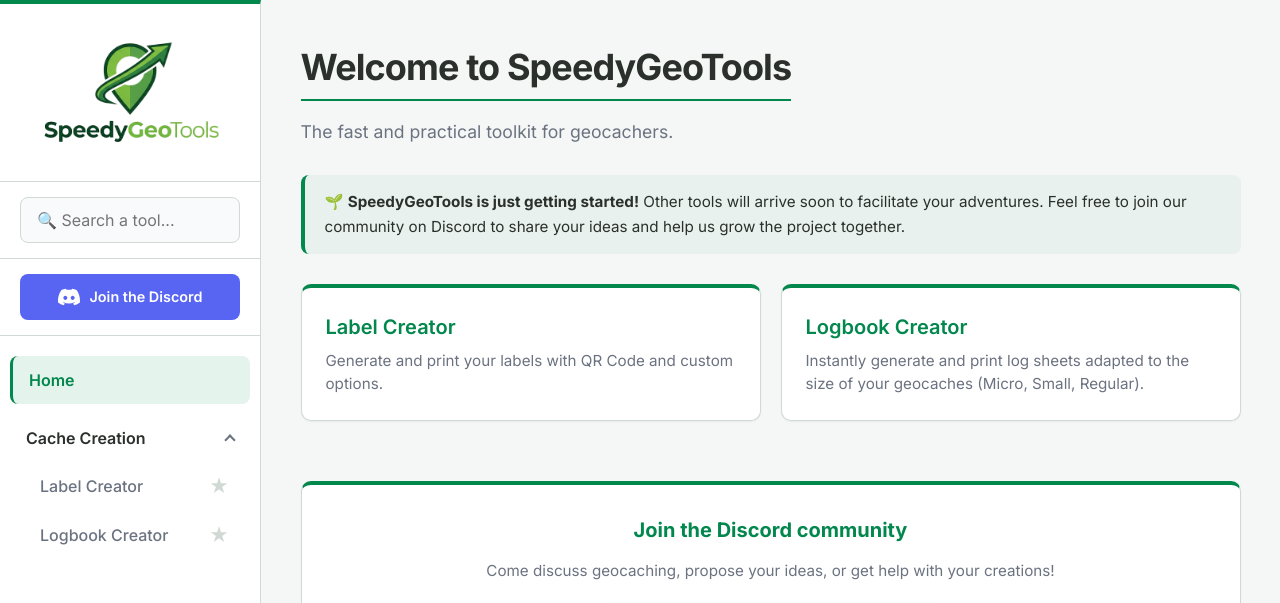
Repository: rodafux/SpeedyGeoTools
Page: index.html
An editor plug-in stored every save of this project. The page is shown before and after the next save, followed by the edit.
The browser window is 1280 px wide. The pictures show the part of the page from y = 0 to 603 px (the page is 1323 px tall before and 1368 px after).
Pictures or frames that could not be fetched are drawn as grey boxes.

Above is the page before, as saved 2026-04-11 17:52:58.

### index.html
<!DOCTYPE html>
<html lang="en">
<head>
    <meta charset="UTF-8">
    <meta name="viewport" content="width=device-width, initial-scale=1.0">
    <meta property="og:title" content="SpeedyGeoTools - Home">
    <meta property="og:description" content="The fast and practical toolkit for geocachers. Instantly generate custom labels and logbooks.">
    <meta property="og:image" content="https://speedygeotools.com/logo.png">
    <meta property="og:url" content="https://speedygeotools.com/">
    <meta property="og:type" content="website">
    <title>SpeedyGeoTools - Home</title>
    <meta name="description" content="The fast and practical toolkit for geocachers. Instantly generate custom labels and logbooks.">
    <link rel="icon" type="image/png" href="favicon.png">
    <link rel="alternate" hreflang="en" href="https://speedygeotools.com/" />
    <link rel="alternate" hreflang="fr" href="https://speedygeotools.com/fr/" />
    <link rel="alternate" hreflang="x-default" href="https://speedygeotools.com/" />
    <link rel="preconnect" href="https://fonts.googleapis.com">
    <link rel="preconnect" href="https://fonts.gstatic.com" crossorigin>
    <link href="https://fonts.googleapis.com/css2?family=Inter:wght@400;500;600;700&display=swap" rel="stylesheet">
    <link rel="stylesheet" href="css/style.css">
    <link rel="canonical" href="https://speedygeotools.com/" />
    <script>
        (function() {
            var supportedLangs = ['fr'];
            var userLang = (navigator.language || navigator.userLanguage).substring(0, 2).toLowerCase();
            if (!sessionStorage.getItem('lang_redirect') && supportedLangs.indexOf(userLang) !== -1) {
                sessionStorage.setItem('lang_redirect', 'true');
                window.location.replace(userLang + '/index.html');
            }
        })();
    </script>
</head>
<body>
    <div class="app-sidebar no-print">
        <div class="sidebar-header">
            <a href="index.html" class="sidebar-brand">
                <img src="logo.png" alt="SpeedyGeoTools" class="brand-logo">
            </a>
            <button class="mobile-menu-toggle" onclick="toggleMobileMenu()">☰</button>
        </div>
        <div class="sidebar-content" id="sidebarContent">
            <div class="search-container">
                <input type="text" id="toolSearch" placeholder="🔍 Search a tool..." onkeyup="filterTools()">
            </div>
            <div class="sidebar-discord">
                <a href="https://discord.gg/7D9yHJCKaA" target="_blank">
                    <svg viewBox="0 0 127.14 96.36" width="22" height="22" fill="currentColor"><path d="M107.7,8.07A105.15,105.15,0,0,0,81.47,0a72.06,72.06,0,0,0-3.36,6.83A97.68,97.68,0,0,0,49,6.83,72.37,72.37,0,0,0,45.64,0,105.89,105.89,0,0,0,19.39,8.09C2.79,32.65-1.71,56.6.54,80.21h0A105.73,105.73,0,0,0,32.71,96.36,77.7,77.7,0,0,0,39.6,85.25a68.42,68.42,0,0,1-10.85-5.18c.91-.66,1.8-1.34,2.66-2a75.57,75.57,0,0,0,64.32,0c.87.71,1.76,1.39,2.66,2a68.68,68.68,0,0,1-10.87,5.19,77,77,0,0,0,6.89,11.1A105.25,105.25,0,0,0,126.6,80.22h0C129.24,52.84,122.09,29.11,107.7,8.07ZM42.45,65.69C36.18,65.69,31,60,31,53s5-12.74,11.43-12.74S54,46,53.89,53,48.84,65.69,42.45,65.69Zm42.24,0C78.41,65.69,73.31,60,73.31,53s5-12.74,11.43-12.74S96.33,46,96.22,53,91.08,65.69,84.69,65.69Z"/></svg>
                    <span>Join the Discord</span>
                </a>
            </div>
            <div class="sidebar-nav">
                <a href="index.html" class="active">Home</a>
                <details open>
                    <summary>Cache Creation</summary>
                    <a href="labels.html">Label Creator</a>
                    <a href="logbook.html">Logbook Creator</a>
                </details>
            </div>
        </div>
    </div>
    <main class="app-content">
        <div class="container">
            <h1>Welcome to SpeedyGeoTools</h1>
            <p class="subtitle">The fast and practical toolkit for geocachers.</p>
            <div class="welcome-message">
                <p>🌱 <strong>SpeedyGeoTools is just getting started!</strong> Other tools will arrive soon to facilitate your adventures. Feel free to join our community on Discord to share your ideas and help us grow the project together.</p>
            </div>
            <div class="home-grid">
                <a href="labels.html" style="text-decoration: none; color: inherit;">
                    <div class="tool-card">
                        <h2>Label Creator</h2>
                        <p>Generate and print your labels with QR Code and custom options.</p>
                    </div>
                </a>
                <a href="logbook.html" style="text-decoration: none; color: inherit;">
                    <div class="tool-card">
                        <h2>Logbook Creator</h2>
                        <p>Instantly generate and print log sheets adapted to the size of your geocaches (Micro, Small, Regular).</p>
                    </div>
                </a>
            </div>
            <div class="widget-container">
                <h2>Join the Discord community</h2>
                <p>Come discuss geocaching, propose your ideas, or get help with your creations!</p>
                <div class="iframe-wrapper">
                    <iframe src="https://discord.com/widget?id=1491451481055039500&theme=dark" width="350" height="500" allowtransparency="true" frameborder="0" sandbox="allow-popups allow-popups-to-escape-sandbox allow-same-origin allow-scripts"></iframe>
                </div>
            </div>
        </div>
        <footer class="site-footer no-print">
            <p>Find SpeedyGeoTools useful? <a href="https://paypal.me/JulienPorcher" target="_blank" rel="noopener noreferrer">Make a donation via PayPal</a> ❤️</p>
            <p class="disclaimer">
                SpeedyGeoTools is a third-party tool created by a player. The Geocaching logo is a registered trademark of Groundspeak, Inc. used with permission. This site is not affiliated with, endorsed by, or sponsored by Groundspeak, Inc.<br>
                <a href="legal.html">Legal Notice & Privacy Policy</a>
            </p>
        </footer>
    </main>
    <script src="js/main.js"></script>
</body>
</html>

### css/style.css
:root {
    --primary-color: #02874D;
    --primary-hover: #01683B;
    --secondary-color: #F26522;
    --secondary-hover: #D9561C;
    --bg-body: #f4f7f5;
    --bg-surface: #ffffff;
    --text-main: #2b302c;
    --text-muted: #6b7280;
    --border-color: #d1d9d4;
    --shadow-sm: 0 1px 2px 0 rgba(0, 0, 0, 0.05);
    --shadow-md: 0 4px 6px -1px rgba(0, 0, 0, 0.1), 0 2px 4px -1px rgba(0, 0, 0, 0.06);
    --radius: 10px;
}
body {
    font-family: 'Inter', system-ui, -apple-system, sans-serif;
    margin: 0; padding: 0; background-color: var(--bg-body); color: var(--text-main);
    line-height: 1.5; display: flex; min-height: 100vh;
}
.app-sidebar {
    width: 260px; background-color: var(--bg-surface); border-right: 1px solid var(--border-color);
    display: flex; flex-direction: column; position: sticky; top: 0; height: 100vh; z-index: 1000;
    border-top: 4px solid var(--primary-color);
}
.sidebar-header {
    display: flex; justify-content: space-between; align-items: center; border-bottom: 1px solid var(--border-color);
    width: 100%; box-sizing: border-box; background-color: var(--bg-surface); z-index: 1001;
}
.sidebar-brand {
    padding: 24px 20px; display: flex; align-items: center; justify-content: center;
    text-decoration: none; overflow: hidden; width: 100%; box-sizing: border-box;
}
.brand-logo {
    width: 100%; max-width: 200px; height: auto; object-fit: contain; transform: scale(1.4); margin: 10px 0;
}
.mobile-menu-toggle {
    display: none; background: transparent !important; border: none; font-size: 2rem; cursor: pointer;
    color: var(--text-main); padding: 5px 20px; box-shadow: none !important; width: auto; margin: 0; flex-shrink: 0;
}
.sidebar-content {
    display: flex; flex-direction: column; flex: 1; overflow-y: auto;
}
.search-container {
    padding: 15px 20px; border-bottom: 1px solid var(--border-color);
}
.search-container input {
    width: 100%; padding: 10px 15px; font-size: 0.95rem; font-family: inherit; color: var(--text-main);
    background-color: var(--bg-body); border: 1px solid var(--border-color); border-radius: 20px; box-sizing: border-box; transition: all 0.2s;
}
.search-container input:focus {
    outline: none; border-color: var(--primary-color); background-color: #fff; box-shadow: 0 0 0 3px rgba(2, 135, 77, 0.15);
}
.translation-widget { padding: 15px 20px; border-bottom: 1px solid var(--border-color); }
.goog-te-gadget { color: transparent !important; font-size: 0px; }
.goog-logo-link { display: none !important; }
.goog-te-combo {
    width: 100%; padding: 10px; font-size: 0.9rem; font-family: 'Inter', sans-serif;
    color: var(--text-main); background-color: #f9fafb; border: 1px solid var(--border-color);
    border-radius: 8px; outline: none; cursor: pointer; box-sizing: border-box;
}
.goog-te-combo:focus { border-color: var(--primary-color); box-shadow: 0 0 0 3px rgba(2, 135, 77, 0.15); }
.sidebar-discord { padding: 15px 20px; border-bottom: 1px solid var(--border-color); }
.sidebar-discord a {
    display: flex; align-items: center; justify-content: center; gap: 10px;
    background-color: #5865F2; color: white !important; text-decoration: none !important;
    padding: 12px 15px; border-radius: 8px; font-weight: 600; font-size: 0.9rem;
    transition: background-color 0.2s, transform 0.1s;
}
.sidebar-discord a:hover { background-color: #4752C4; }
.skiptranslate iframe, .goog-te-banner-frame { display: none !important; }
body { top: 0px !important; position: static !important; }
#goog-gt-tt, .goog-te-balloon-frame, div[id^="goog-gt-"] { display: none !important; }
.goog-text-highlight { background-color: transparent !important; box-shadow: none !important; }
.sidebar-nav { padding: 20px 10px; display: flex; flex-direction: column; gap: 5px; }
.sidebar-nav details { margin-bottom: 5px; }
.sidebar-nav summary {
    cursor: pointer; padding: 12px 16px; color: var(--text-main); font-weight: 600;
    list-style: none; outline: none; border-radius: 8px; transition: background 0.2s; position: relative;
}
.sidebar-nav summary::-webkit-details-marker { display: none; }
.sidebar-nav summary:hover { background-color: var(--bg-body); }
.sidebar-nav summary::after {
    content: ""; position: absolute; right: 16px; top: calc(50% - 2px); width: 6px; height: 6px;
    border-right: 2px solid var(--text-muted); border-bottom: 2px solid var(--text-muted);
    transform: translateY(-50%) rotate(45deg); transition: transform 0.2s ease-in-out;
}
.sidebar-nav details[open] summary::after { transform: translateY(-50%) rotate(-135deg); top: calc(50% + 2px); }
.sidebar-nav > a {
    padding: 12px 16px; color: var(--text-main); font-weight: 600; text-decoration: none;
    border-radius: 8px; transition: all 0.2s; display: block; margin-bottom: 5px;
}
.sidebar-nav > a:hover { background-color: var(--bg-body); }
.sidebar-nav > a.active { background-color: rgba(2, 135, 77, 0.1); color: var(--primary-color); border-left: 3px solid var(--primary-color); }
.sidebar-nav details a {
    padding: 10px 16px 10px 30px; color: var(--text-muted); text-decoration: none;
    font-weight: 500; border-radius: 8px; transition: all 0.2s; display: flex; justify-content: space-between; align-items: center;
}
.sidebar-nav details a:hover { background-color: var(--bg-body); color: var(--text-main); }
.sidebar-nav details a.active { background-color: rgba(2, 135, 77, 0.1); color: var(--primary-color); font-weight: 600; border-left: 3px solid var(--primary-color); }
.star-btn { color: #d1d9d4; font-size: 1.2rem; cursor: pointer; transition: color 0.2s, transform 0.2s; padding: 0 5px; }
.star-btn:hover { color: var(--primary-color); transform: scale(1.2); }
.star-btn.active { color: var(--primary-color); }
.app-content { flex: 1; display: flex; flex-direction: column; min-width: 0; min-height: 100vh; }
.container { padding: 40px 30px; max-width: 1000px; margin: 0 auto; flex: 1; width: 100%; box-sizing: border-box; }
h1 { font-size: 2.25rem; font-weight: 700; color: var(--text-main); margin-top: 0; margin-bottom: 8px; letter-spacing: -0.025em; border-bottom: 2px solid var(--primary-color); display: inline-block; padding-bottom: 5px; }
p.subtitle { font-size: 1.1rem; color: var(--text-muted); margin-bottom: 30px; margin-top: 10px; }
.welcome-message {
    background-color: rgba(2, 135, 77, 0.05); border-left: 4px solid var(--primary-color);
    padding: 15px 20px; border-radius: 8px; margin-bottom: 30px; font-size: 0.95rem; color: var(--text-main); line-height: 1.6;
}
.welcome-message p { margin: 0; }
.home-grid { display: flex; gap: 20px; align-items: stretch; flex-wrap: wrap; }
.home-grid > a { flex: 1; min-width: 280px; display: flex; }
.tool-card {
    background-color: var(--bg-surface); border: 1px solid var(--border-color); border-radius: var(--radius);
    padding: 24px; cursor: pointer; transition: all 0.3s ease; box-shadow: var(--shadow-sm);
    margin-bottom: 20px; position: relative; overflow: hidden; width: 100%; box-sizing: border-box; border-top: 4px solid var(--primary-color);
}
.tool-card::before {
    content: ""; position: absolute; top: 0; left: 0; width: 4px; height: 100%;
    background-color: var(--secondary-color); transform: scaleY(0); transition: transform 0.3s ease; transform-origin: bottom;
}
.tool-card:hover { box-shadow: var(--shadow-md); transform: translateY(-2px); border-color: transparent; }
.tool-card:hover::before { transform: scaleY(1); }
.tool-card h2 { margin-top: 0; color: var(--primary-color); font-size: 1.25rem; font-weight: 600; margin-bottom: 8px; }
.tool-card p { margin: 0; color: var(--text-muted); font-size: 0.95rem; }
.widget-container {
    margin-top: 40px; background-color: var(--bg-surface); border: 1px solid var(--border-color);
    border-radius: var(--radius); padding: 30px 24px; text-align: center; box-shadow: var(--shadow-sm); border-top: 4px solid var(--primary-color);
}
.widget-container h2 { color: var(--primary-color); font-size: 1.25rem; margin-top: 0; margin-bottom: 8px; }
.widget-container p { color: var(--text-muted); margin-bottom: 20px; font-size: 0.95rem; }
.iframe-wrapper { display: flex; justify-content: center; }
.iframe-wrapper iframe { max-width: 100%; border-radius: 8px; box-shadow: var(--shadow-md); }
.main-layout { display: flex; gap: 30px; align-items: flex-start; }
.controls-panel {
    flex: 1; background-color: var(--bg-surface); padding: 30px; border-radius: var(--radius);
    box-shadow: var(--shadow-md); border: 1px solid var(--border-color); border-top: 4px solid var(--primary-color);
}
#cachesListContainer > div {
    background-color: #f9fafb; border: 1px solid var(--border-color); border-left: 5px solid var(--primary-color);
    padding: 20px; margin-bottom: 20px; border-radius: 8px; box-shadow: var(--shadow-sm); position: relative; transition: box-shadow 0.2s ease;
}
#cachesListContainer > div:hover { box-shadow: var(--shadow-md); }
#cachesListContainer > div:nth-child(even) { background-color: #ffffff; border-left: 5px solid var(--secondary-color); }
#cachesListContainer > div h3 { margin-top: 0; margin-bottom: 15px; color: var(--text-main); font-size: 1.1rem; border-bottom: 1px solid var(--border-color); padding-bottom: 8px; }
.form-group { margin-bottom: 20px; display: flex; flex-direction: column; }
.emergency-toggle { background-color: #ffebee; padding: 15px; border-radius: 8px; border: 1px solid #ffcdd2; margin-bottom: 25px; border-left: 4px solid #d32f2f; }
.checkbox-group { display: flex; align-items: center; gap: 10px; }
.sub-checkbox { margin-left: 25px; margin-top: -10px; }
.checkbox-group input { width: auto; accent-color: var(--primary-color); }
label { display: block; font-weight: 500; color: var(--text-main); margin-bottom: 8px; font-size: 0.95rem; }
.checkbox-group label { margin-bottom: 0; }
input[type="text"], input[type="number"], input[type="file"], input[type="url"], input[type="color"], select {
    width: 100%; padding: 12px 16px; font-size: 1rem; font-family: inherit; color: var(--text-main);
    background-color: #f9fafb; border: 1px solid var(--border-color); border-radius: 8px; box-sizing: border-box; transition: all 0.2s;
}
input[type="color"] { height: 45px; padding: 5px; cursor: pointer; }
input[type="text"]:focus, input[type="number"]:focus, input[type="url"]:focus, input[type="color"]:focus, select:focus { outline: none; border-color: var(--primary-color); background-color: #fff; box-shadow: 0 0 0 3px rgba(2, 135, 77, 0.15); }
button {
    width: 100%; background-color: var(--primary-color); color: white; border: none; padding: 14px 20px;
    font-size: 1rem; font-weight: 600; font-family: inherit; border-radius: 8px; cursor: pointer; transition: background-color 0.2s, transform 0.1s;
    margin-top: 10px; box-shadow: var(--shadow-sm);
}
button:hover { background-color: var(--primary-hover); box-shadow: var(--shadow-md); }
button:active { transform: scale(0.98); }
.btn-secondary { background-color: var(--secondary-color) !important; color: white !important; }
.btn-secondary:hover { background-color: var(--secondary-hover) !important; }
.btn-outline { background-color: var(--bg-body) !important; color: var(--text-main) !important; border: 1px solid var(--border-color) !important; box-shadow: none !important; }
.btn-outline:hover { background-color: #e2e8f0 !important; }
.site-footer {
    text-align: center; padding: 30px 20px; background-color: var(--bg-surface); border-top: 1px solid var(--border-color);
    color: var(--text-muted); font-size: 0.95rem; margin-top: auto;
}
.site-footer p { margin: 0; }
.site-footer a { color: var(--primary-color); text-decoration: none; font-weight: 600; transition: color 0.2s ease; }
.site-footer a:hover { color: var(--secondary-color); text-decoration: underline; }
.site-footer .disclaimer { font-size: 0.75rem; color: var(--text-muted); margin-top: 15px; line-height: 1.4; opacity: 0.8; }
.site-footer .disclaimer a { color: var(--text-muted); font-weight: normal; text-decoration: underline; }
.legal-content h2 { font-size: 1.25rem; color: var(--primary-color); margin-top: 30px; margin-bottom: 10px; }
.legal-content p, .legal-content ul { margin-bottom: 15px; color: var(--text-main); }
.legal-content ul { padding-left: 20px; }
#render-area { display: none; }
.qrcode-tool-layout { display: flex; gap: 30px; align-items: flex-start; margin-top: 20px; }
.settings-panel { flex: 1; min-width: 350px; }
.preview-panel { flex: 1; min-width: 400px; text-align: center; }
.qrcode-wrapper { background: var(--bg-surface); padding: 20px; border-radius: var(--radius); }
.qrcode-wrapper.preview-mode { border: 2px dashed var(--border-color); display: inline-block; margin-top: 20px; }
.qrcode-title { text-align: center; width: 100%; }
.qrcode-canvas canvas { max-width: 100%; height: auto !important; }
.action-buttons { margin-top: 25px; display: flex; gap: 15px; }
@media (max-width: 900px) {
    .qrcode-tool-layout { flex-direction: column; }
    .settings-panel, .preview-panel { width: 100%; min-width: 0; }
}
@media (max-width: 768px) {
    body { flex-direction: column; }
    .app-sidebar { width: 100%; height: auto; position: sticky; border-right: none; border-bottom: none; }
    .sidebar-header { padding: 10px 0; }
    .sidebar-brand { padding: 5px 20px; width: auto; justify-content: flex-start; }
    .brand-logo { max-width: 150px; transform: scale(1.1); margin: 0; }
    .mobile-menu-toggle { display: block; }
    .sidebar-content {
        display: none; position: absolute; top: 100%; left: 0; width: 100%; background-color: var(--bg-surface);
        box-shadow: var(--shadow-md); max-height: calc(100vh - 70px); overflow-y: auto; flex-direction: column; border-bottom: 1px solid var(--border-color);
    }
    .sidebar-content.active { display: flex; }
    .main-layout { flex-direction: column-reverse; }
}

Loaded but not shown: js/main.js (199 lines, source omitted)

After the next save:
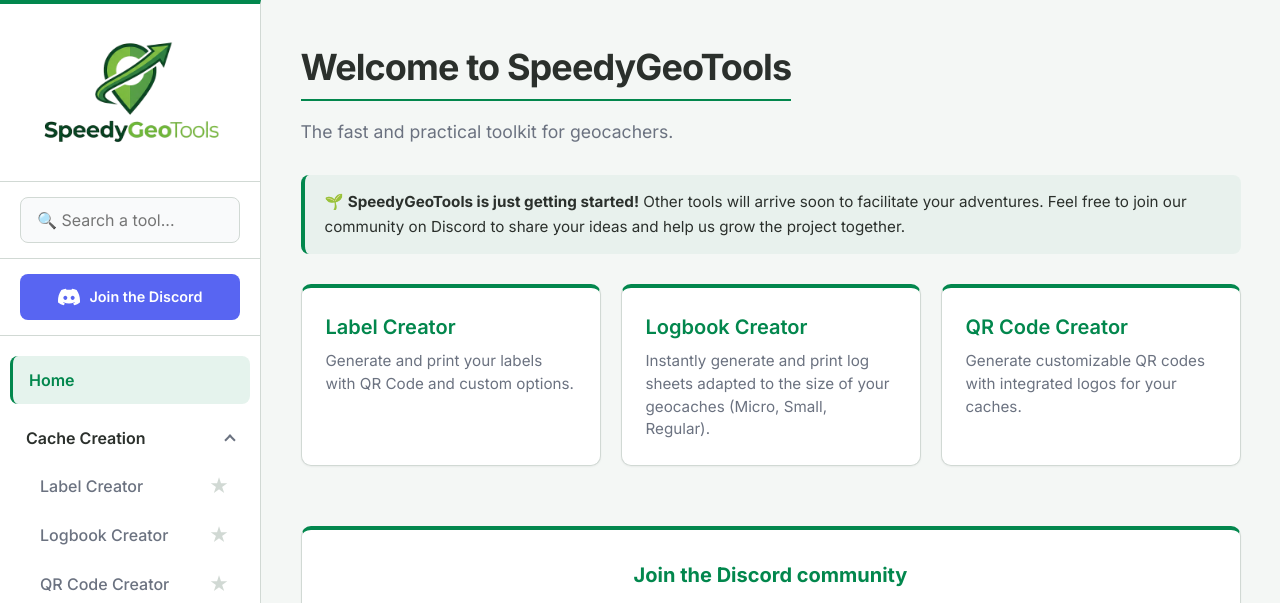
Saved 10 s later.
--- a/index.html
+++ b/index.html
@@ -54,6 +54,7 @@
                     <summary>Cache Creation</summary>
                     <a href="labels.html">Label Creator</a>
                     <a href="logbook.html">Logbook Creator</a>
+                    <a href="qrcode.html">QR Code Creator</a>
                 </details>
             </div>
         </div>
@@ -78,6 +79,12 @@
                         <p>Instantly generate and print log sheets adapted to the size of your geocaches (Micro, Small, Regular).</p>
                     </div>
                 </a>
+                <a href="qrcode.html" style="text-decoration: none; color: inherit;">
+                    <div class="tool-card">
+                        <h2>QR Code Creator</h2>
+                        <p>Generate customizable QR codes with integrated logos for your caches.</p>
+                    </div>
+                </a>
             </div>
             <div class="widget-container">
                 <h2>Join the Discord community</h2>
